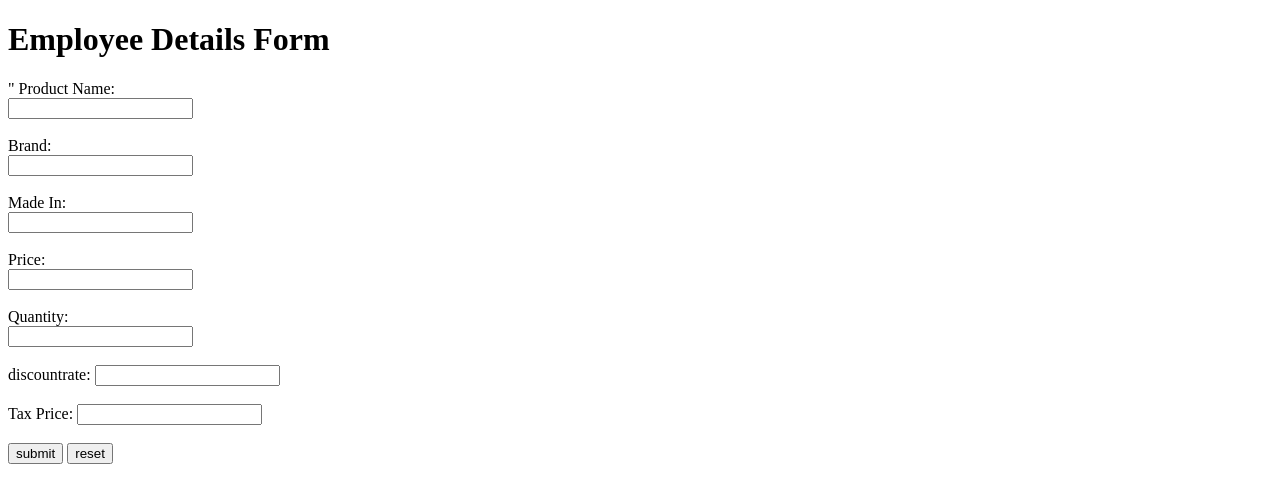
Repository: sandyakhi/springboot
Page: http://localhost/add-product
An editor plug-in stored every save of this project. The page is shown before and after the next save, followed by the edit.
The browser window is 1280 px wide. The pictures show the whole page.
The page is this project's Thymeleaf template; nobody is signed in. The template is opened directly, without the code that normally fills it, so the values that code supplies are empty.

Above is the page before, as saved 2024-12-24 04:53:56.

### springboot/src/main/resources/templates/add-product.html
<!DOCTYPE html>
<html>
	<head>
		<title>Employees</title>
	</head>
	<body>
		<h1>Employee Details Form</h1>
		<form th:action="@{/saveemployee}" method="post">"

			<label for="name">Product Name:</label><br>
			<input type="text" id="name" name="name" required><br><br>

			<label for="brand">Brand:</label><br>
			<input type="text" id="brand" name="brand" required><br><br>

			<label for="madein">Made In:</label><br>
			<input type="text" id="madein" name="madeIn" required><br><br>

			<label for="price">Price:</label><br>
			<input type="number" id="price" name="price" step="0.01" required><br><br>

			<label for="quantity">Quantity:</label><br>
			<input type="number" id="quantity" name="quantity" min="1" required><br><br>

			<label for="discountrate">discountrate:</label>
			<input type="number"name="discountRate"required><br><br>

			<label for="taxPrice">Tax Price:</label>
			<input type="number"name="taxPrice"required><br><br>

			<button type="submit" >submit</button>
			<button type="reset">reset</button>
		</form>
	</body>
</html>

After the next save:
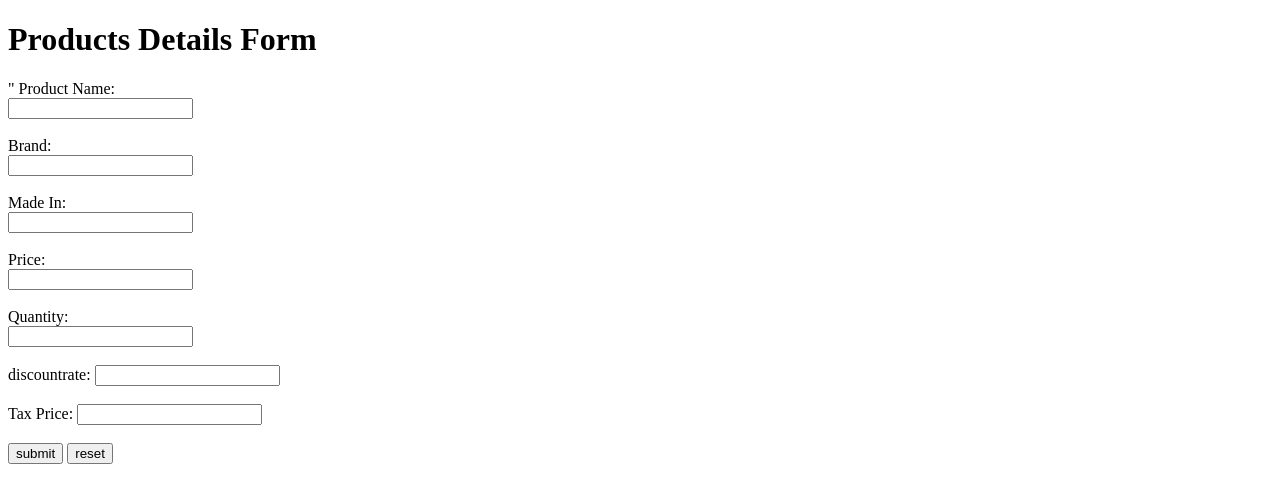
Saved 5 min 53 s later.
--- a/springboot/src/main/resources/templates/add-product.html
+++ b/springboot/src/main/resources/templates/add-product.html
@@ -1,10 +1,10 @@
 <!DOCTYPE html>
 <html>
 	<head>
-		<title>Employees</title>
+		<title>Productss</title>
 	</head>
 	<body>
-		<h1>Employee Details Form</h1>
+		<h1>Products Details Form</h1>
 		<form th:action="@{/saveemployee}" method="post">"
 
 			<label for="name">Product Name:</label><br>
